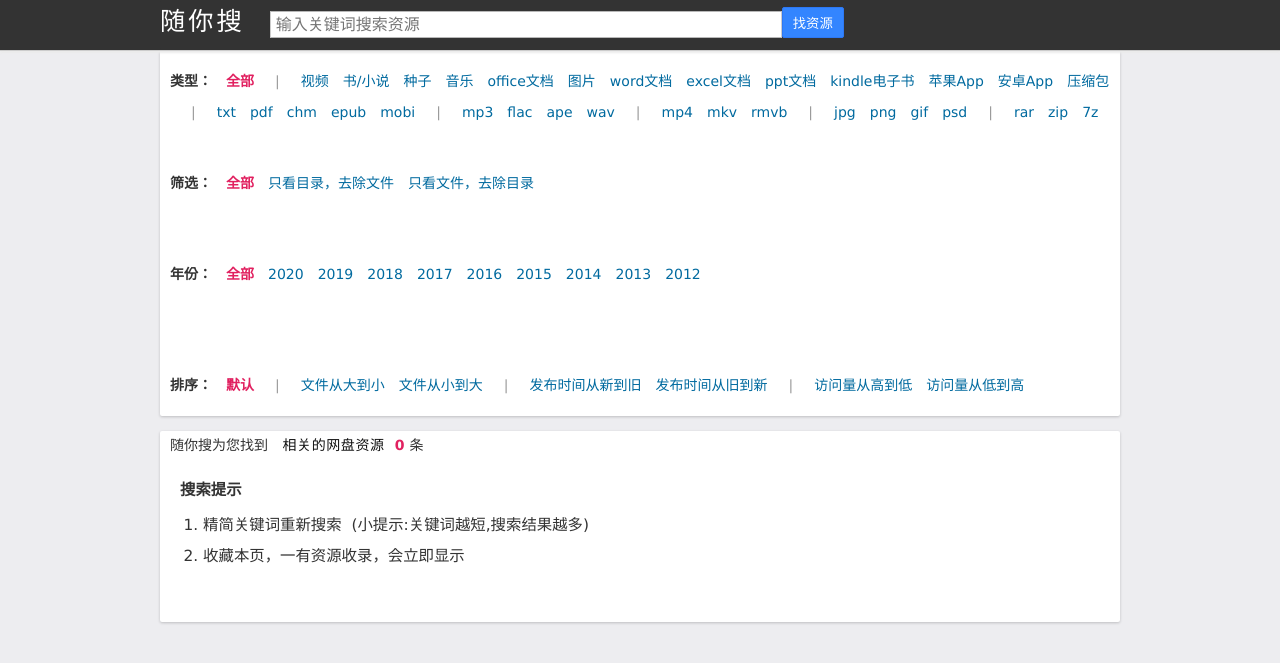
Repository: youngsailsail/nodeStudy
Page: / (app in 爬虫/前端vue/search-book/)
These files come from the project's save history. The page is drawn as it stood at one moment and after a run of saves; the edit follows.
The browser window is 1280 px wide. The pictures show the whole page.
The project was rebuilt for these pictures with package versions that can differ from the ones it lists, and the page was loaded fresh each time. Also part of the build but not shown: 爬虫/前端vue/search-book/vue.config.js.

Above is the page before, as saved 2020-05-09 21:45:01.

After the next 2 saves:
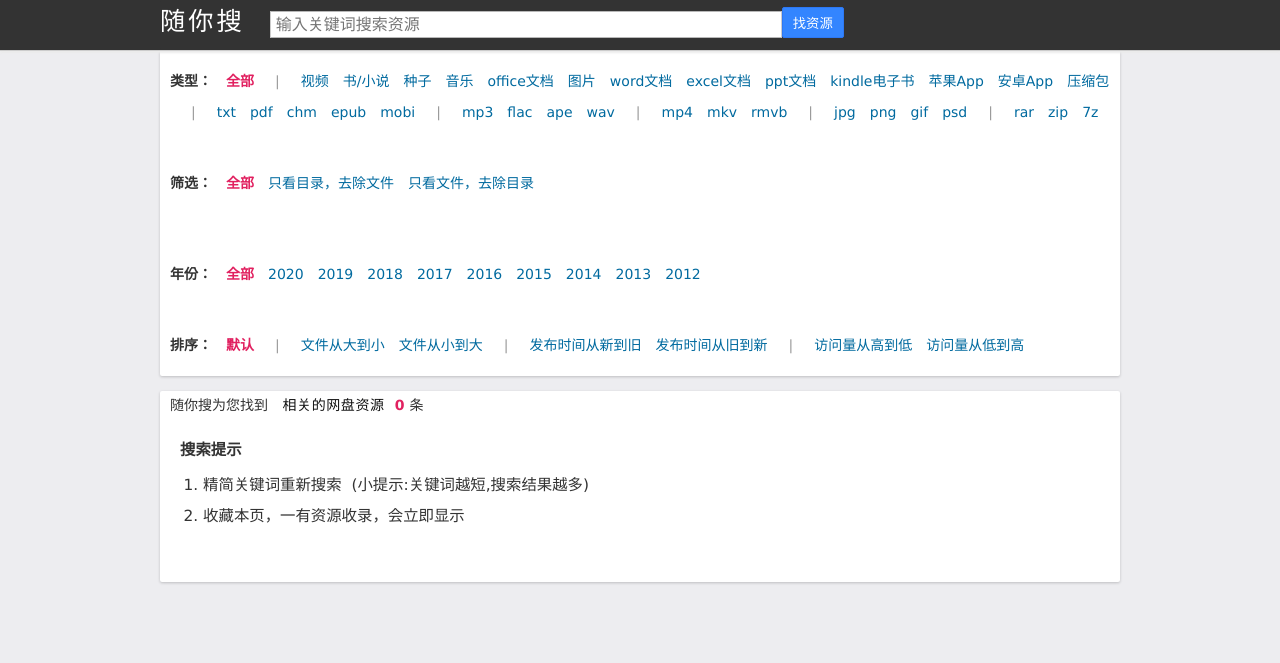
The 2 saves are shown as one change because they came seconds apart.
The last was saved 4 min 6 s later.
--- a/爬虫/前端vue/search-book/src/components/FilterBook.vue
+++ b/爬虫/前端vue/search-book/src/components/FilterBook.vue
@@ -64,7 +64,7 @@
       </div>
       <div class="sep sep4">
         <b>排序：</b>
-        <a class="on sep4 isAll" rel="nofollow" data="s-" isAll>默认</a>
+        <a class="on isAll" rel="nofollow" data="s-" isAll>默认</a>
         <span class="sep">|</span>
         <a rel="nofollow" data="s-size1">文件从大到小</a>
         <a rel="nofollow" data="s-size2">文件从小到大</a>
